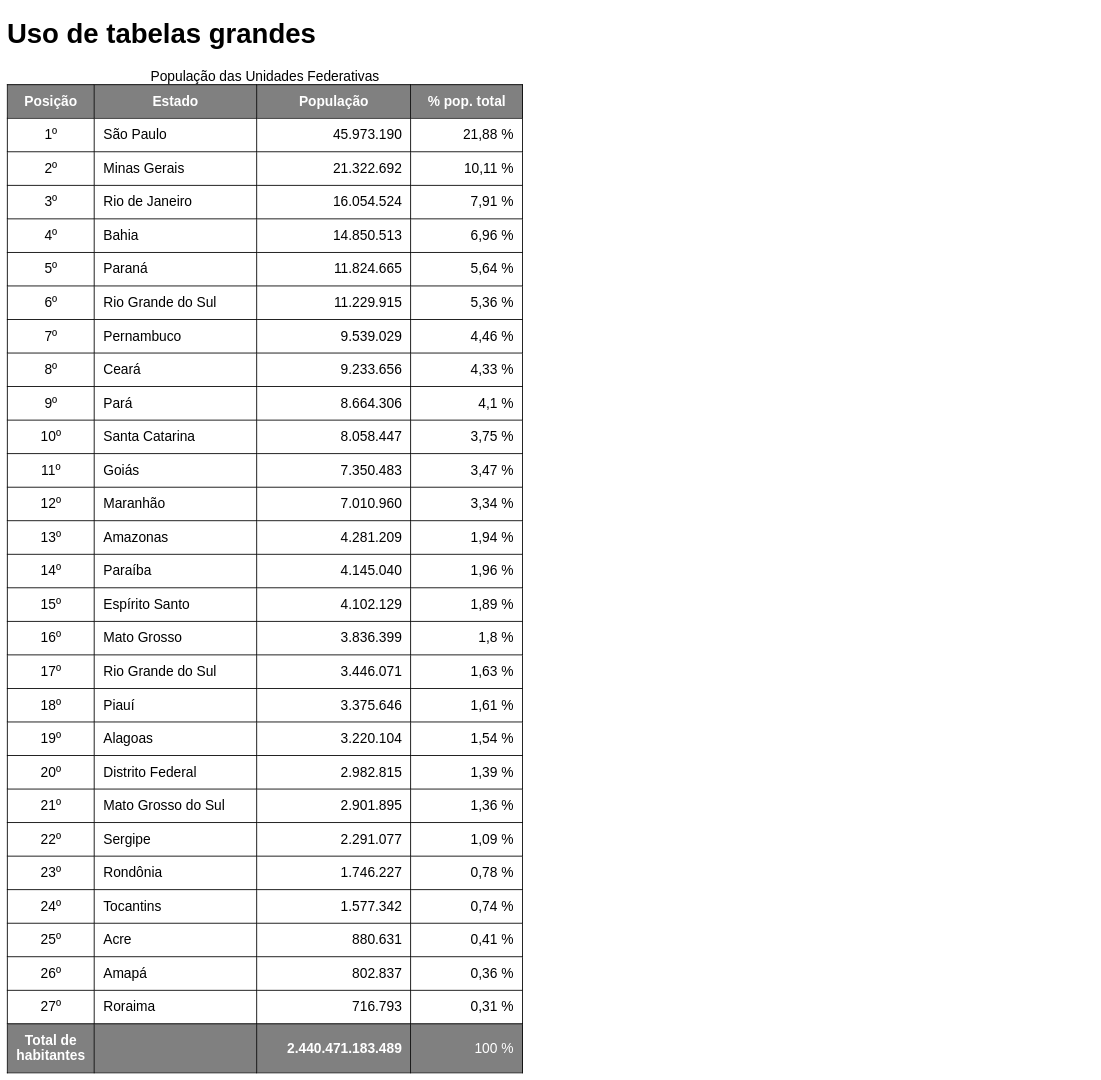
Repository: railsondev/html-css
Page: Módulo3/Exercicios/Ex02 - Tabelas/tabela002.html
The author's editor kept a copy of each file at every save. The page is drawn from the files as they stood at one save, then again after a run of saves.
The browser window is 1280 px wide. The pictures show the whole page, at 86% of full size.

Above is the page before, as saved 2024-10-18 20:06:04.

After the next 2 saves:
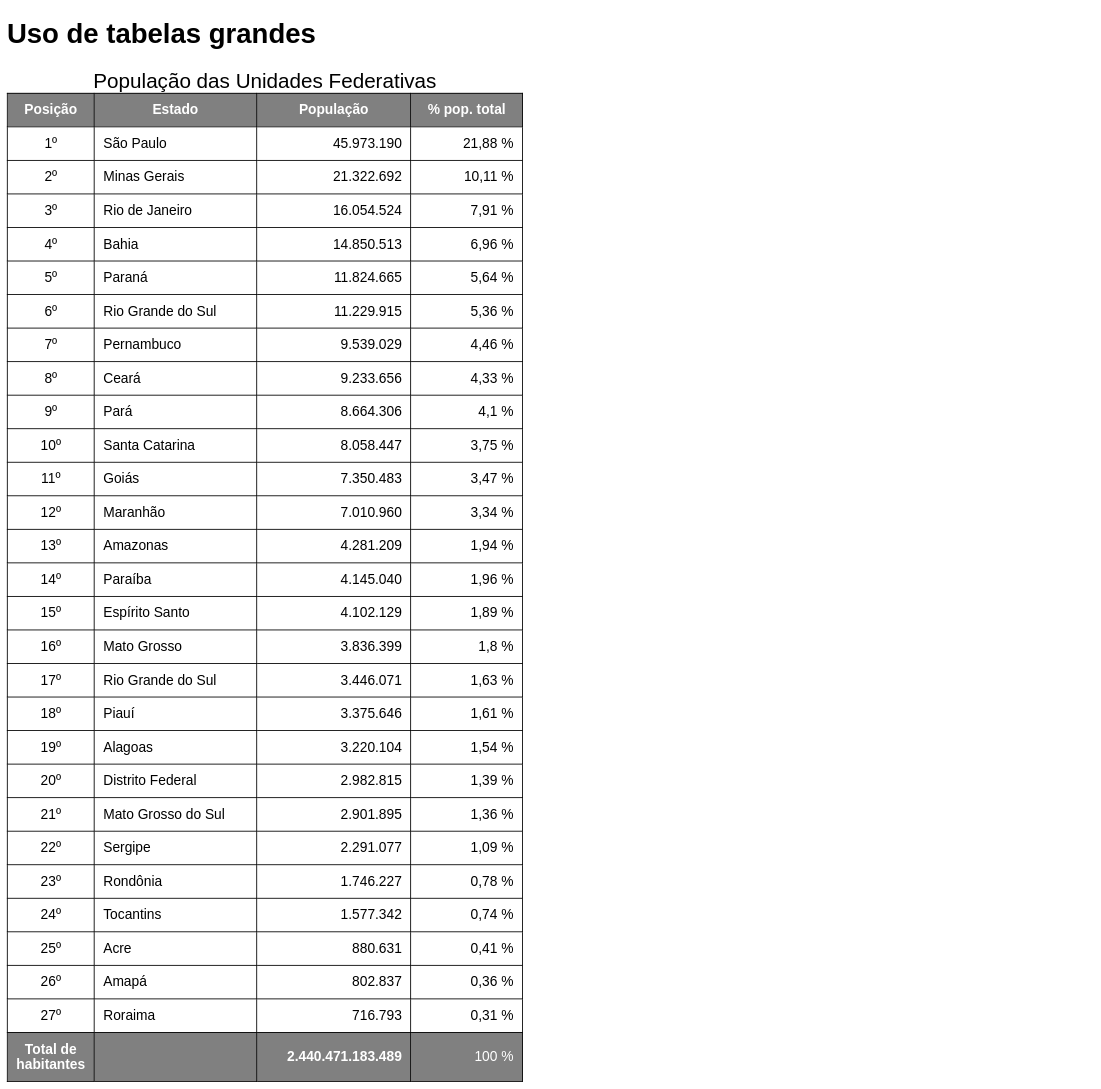
The 2 saves are shown as one change because they came seconds apart.
The last was saved 5 s later.
--- a/Módulo3/Exercicios/Ex02 - Tabelas/src/css/estilo01.css
+++ b/Módulo3/Exercicios/Ex02 - Tabelas/src/css/estilo01.css
@@ -19,7 +19,8 @@ body {
 }
 
 caption {
-  font-size: 11;
+  font-size: 1.5em;
+
 }
 
 table {
